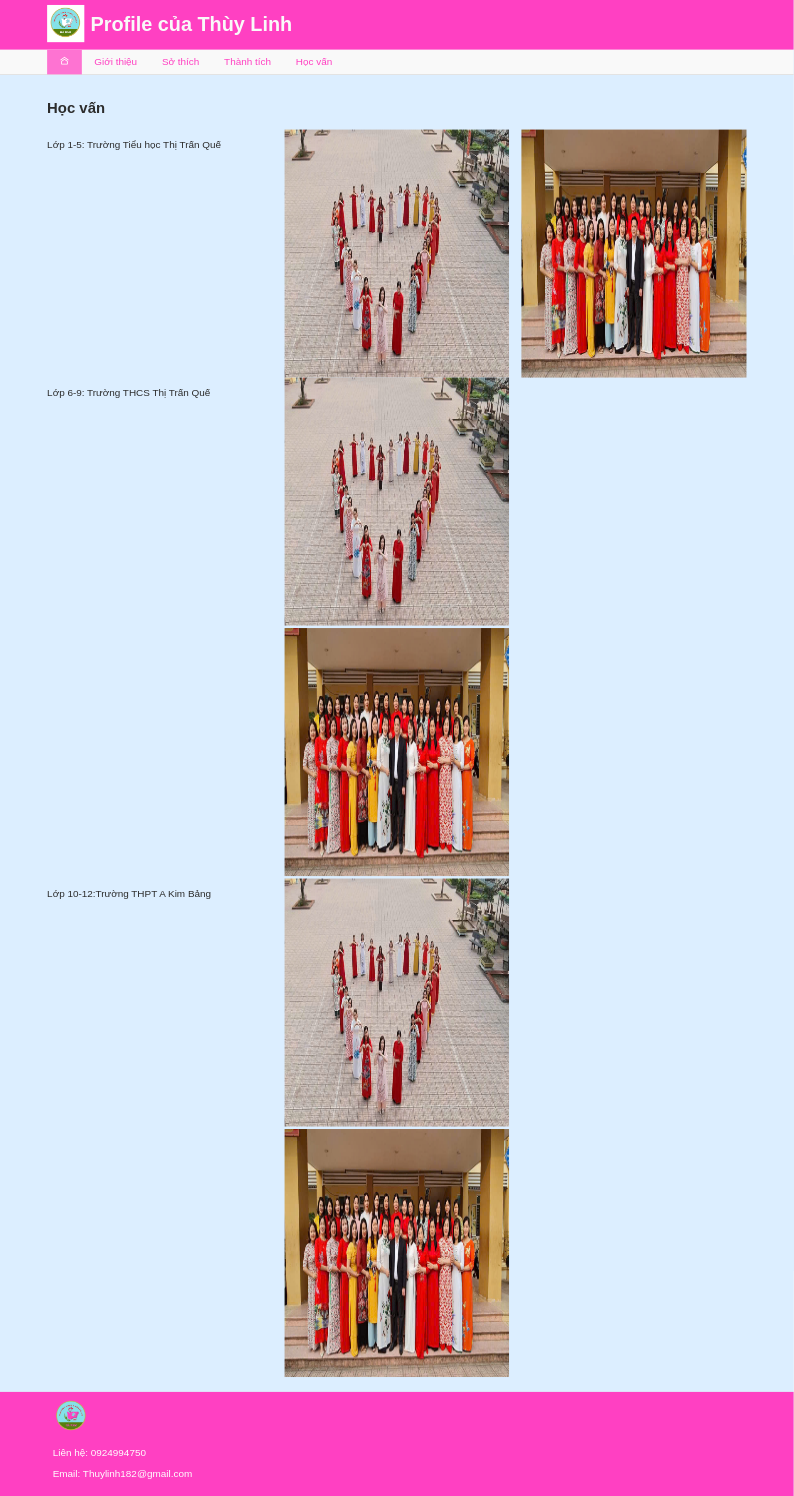
Repository: DucLong-PD07979/profile-vu-thuy-linh
Page: hoc-van.html
These files come from the project's save history. The page is drawn as it stood at one moment and after a run of saves; the edit follows.
The browser window is 1280 px wide. The pictures show the whole page, at 62% of full size.

Above is the page before, as saved 2025-03-13 22:17:22.
Not found: script.js

### hoc-van.html
<!DOCTYPE html>
<html lang="vi">
    <head>
        <meta charset="UTF-8" />
        <meta name="viewport" content="width=device-width, initial-scale=1.0" />
        <title>Profile của Thùy Linh</title>
        <link rel="stylesheet" href="./css/main.css" />
        <script defer src="script.js"></script>
    </head>
    <body>
        <header>
            <div class="container">
                <div class="logo">
                    <img src="./images/anh-doan-3.jpg" alt="Logo" />
                </div>
                <h1>Profile của Thùy Linh</h1>
            </div>
        </header>
        <div class="menu-list">
            <div class="container">
                <nav>
                    <ul>
                        <li>
                            <a href="./index.html" class="active">
                                <svg
                                    xmlns="http://www.w3.org/2000/svg"
                                    viewBox="0 0 24 24"
                                    fill="currentColor"
                                >
                                    <path
                                        d="M12.5812 2.68627C12.2335 2.43791 11.7664 2.43791 11.4187 2.68627L1.9187 9.47198L3.08118 11.0994L11.9999 4.7289L20.9187 11.0994L22.0812 9.47198L12.5812 2.68627ZM19.5812 12.6863L12.5812 7.68627C12.2335 7.43791 11.7664 7.43791 11.4187 7.68627L4.4187 12.6863C4.15591 12.874 3.99994 13.177 3.99994 13.5V20C3.99994 20.5523 4.44765 21 4.99994 21H18.9999C19.5522 21 19.9999 20.5523 19.9999 20V13.5C19.9999 13.177 19.844 12.874 19.5812 12.6863ZM5.99994 19V14.0146L11.9999 9.7289L17.9999 14.0146V19H5.99994Z"
                                    ></path>
                                </svg>
                            </a>
                        </li>
                        <li>
                            <a href="./ban-than.html">Giới thiệu</a>
                            <ul class="menu-children">
                                <li><a href="./ban-than.html">Bản thân</a></li>
                                <li><a href="./gia-dinh.html">Gia đình</a></li>
                            </ul>
                        </li>
                        <li><a href="./so-thich.html">Sở thích</a></li>
                        <li><a href="./thanh-tich.html">Thành tích</a></li>
                        <li><a href="./hoc-van.html">Học vấn</a></li>
                    </ul>
                </nav>
            </div>
        </div>
        <section id="education">
            <div class="container">
                <h2>Học vấn</h2>
                <div class="education-section-content">
                    <div class="box">
                        <p>Lớp 1-5: Trường Tiểu học Thị Trấn Quế</p>
                        <img src="./images/anh-lop-1.jpg" alt="" />
                        <img src="./images/anh-lop-1-2.jpg" alt="" />
                    </div>
                    <div class="box">
                        <p>Lớp 6-9: Trường THCS Thị Trấn Quế</p>
                        <div class="images">
                            <img src="./images/anh-lop-1.jpg" alt="" />
                            <img src="./images/anh-lop-1-2.jpg" alt="" />
                        </div>
                    </div>
                    <div class="box">
                        <p>Lớp 10-12:Trường THPT A Kim Bảng</p>
                        <div class="images">
                            <img src="./images/anh-lop-1.jpg" alt="" />
                            <img src="./images/anh-lop-1-2.jpg" alt="" />
                        </div>
                    </div>
                </div>
            </div>
        </section>
        <footer>
            <div class="container">
                <div class="logo">
                    <img
                        src="./images/anh-doan-3-removebg-preview.png"
                        alt="Logo"
                    />
                </div>
                <p>Liên hệ: 0924994750</p>
                <p>Email: Thuylinh182@gmail.com</p>
            </div>
        </footer>
    </body>
</html>
<!-- https://profile-vu-thuy-linh.vercel.app/ -->

### css/main.css
* {
    box-sizing: border-box;
}

body {
    font-family: Arial, sans-serif;
    margin: 0;
    padding: 0;
    background-color: #f9f9f9;
    color: #2c2c2c;
}

.container {
    margin: 0 5%;
    padding: 0 12px;
}

header {
    background-color: #ff40c2;
    color: #f9f9f9;
}

header .container {
    display: flex;
    align-items: center;
}

.logo img {
    width: 60px;
    height: 60px;
    margin-right: 10px;
}

.menu-list {
    color: #ff40c2;
    border-bottom: 1px solid #d6d6d6;
}

nav ul {
    list-style: none;
    padding: 0;
    display: flex;
    align-items: center;
    margin: 0;
}

nav ul li {
    display: inline;
    position: relative;
}

nav ul li a {
    color: #ff40c2;
    text-decoration: none;
    padding: 10px 20px;
    display: block;
    font-size: 16px;
    transition: all 0.1s linear;
}

nav ul li a.active {
    background-color: #fe73d2;
}

nav ul li a svg {
    width: 16px;
    height: 16px;
    color: #ffffff;
}

nav ul li a:hover {
    color: white;
    background-color: #fe73d2;
}

.menu-children {
    position: absolute;
    z-index: 9;
    top: 100%;
    display: none;
    background-color: #f9f9f9;
}

nav ul li:hover .menu-children {
    display: block;
}

.participation-section {
    display: grid;
    gap: 10px;
    grid-template-columns: 1fr 1fr 1fr 1fr 1fr;
}

.item-1 {
    grid-column: 1 / 5;
    display: grid;
    grid-template-columns: 1fr 1fr;
    gap: 10px;
    width: 100%;
}

.item-2 {
    grid-column: 5 / 6;
}

.participation-section .item-1 img {
    width: 100%;
    height: 300px;
}

.participation-section .item-2 img {
    width: 100%;
    height: 240px;
    margin-bottom: 10px;
}

.participation-content {
    width: 100%;
}

.participation-content a {
    color: #404042;
    display: block;
    padding: 6px 0;
}

.participation-content a:hover {
    color: #fe73d2;
    text-decoration: underline;
}

/* giới thiệu bản thân */
#introduce-section {
    background-color: #fbdce2;
    width: 100%;
    padding: 20px 0;
}

.introduce-section-content {
    display: grid;
    grid-template-columns: 1fr 1fr;
    gap: 10px;
    align-items: center;
}

.introduce-section-content .box .gallery {
    width: 100%;
}

.introduce-section-content .box .gallery img {
    width: 100%;
    height: 400px;
    object-fit: fill;
}

.introduce-section-content .item-3 {
    grid-column: 1 /3;
    display: grid;
    gap: 20px;
    grid-template-columns: 1fr 1fr 1fr;
}

.introduce-section-content img {
    width: 100%;
    height: 600px;
    margin: 50px 0;
}

.introduce-section-content .box p {
    font-size: 18px;
}
/* gia dinh */

#family-section {
    background-color: #e8d5f3;
    width: 100%;
    padding: 20px 0;
}

.family-section-content {
    display: grid;
    grid-template-columns: 1fr 1fr 1fr 1fr;
    gap: 10px;
}

.family-section-content .box img {
    width: 100%;
    height: 340px;
    object-fit: fill;
}

.family-section-content .box p {
    font-size: 18px;
}

/* thanh tich */

#achievements {
    background-color: #eeeeeb;
    width: 100%;
    padding: 20px 0;
}

.achievements-section-content {
    display: grid;
    grid-template-columns: 1fr 1fr;
    gap: 10px;
}

.achievements-section-content .box img {
    width: 100%;
    height: 400px;
}

.achievements-section-content .box p {
    font-size: 18px;
}

/* học vấn */
#education {
    background-color: #dceeff;
    width: 100%;
    padding: 20px 0;
    min-height: 500px;
}

.education-section-content .box {
    display: grid;
    grid-template-columns: 1fr 1fr 1fr;
    gap: 20px;
}

.education-section-content .box img {
    width: 100%;
    height: 400px;
}

/* sở thích */
.hobbies-section-content .images {
    display: flex;
    gap: 10px;
    display: grid;
    grid-template-columns: 1fr 1fr 1fr;
}

.hobbies-section-content .images {
    width: 100%;
    margin-top: 120px;
    margin-bottom: 120px;
}

.hobbies-section-content .images img {
    width: 100%;
    height: 100%;
}

footer {
    background-color: #ff40c2;
    color: white;
    padding: 10px;
}

After the next 2 saves:
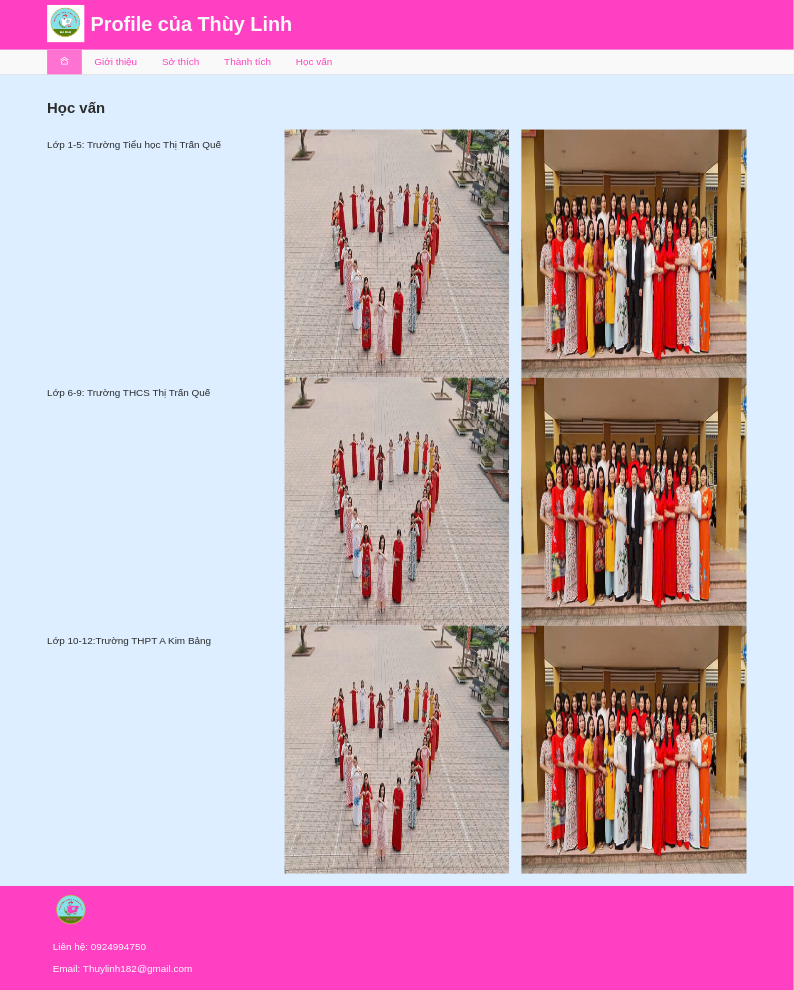
The 2 saves are shown as one change because they came seconds apart.
The last was saved 13 s later.
--- a/hoc-van.html
+++ b/hoc-van.html
@@ -58,17 +58,13 @@
                     </div>
                     <div class="box">
                         <p>Lớp 6-9: Trường THCS Thị Trấn Quế</p>
-                        <div class="images">
-                            <img src="./images/anh-lop-1.jpg" alt="" />
-                            <img src="./images/anh-lop-1-2.jpg" alt="" />
-                        </div>
+                        <img src="./images/anh-lop-1.jpg" alt="" />
+                        <img src="./images/anh-lop-1-2.jpg" alt="" />
                     </div>
                     <div class="box">
                         <p>Lớp 10-12:Trường THPT A Kim Bảng</p>
-                        <div class="images">
-                            <img src="./images/anh-lop-1.jpg" alt="" />
-                            <img src="./images/anh-lop-1-2.jpg" alt="" />
-                        </div>
+                        <img src="./images/anh-lop-1.jpg" alt="" />
+                        <img src="./images/anh-lop-1-2.jpg" alt="" />
                     </div>
                 </div>
             </div>
